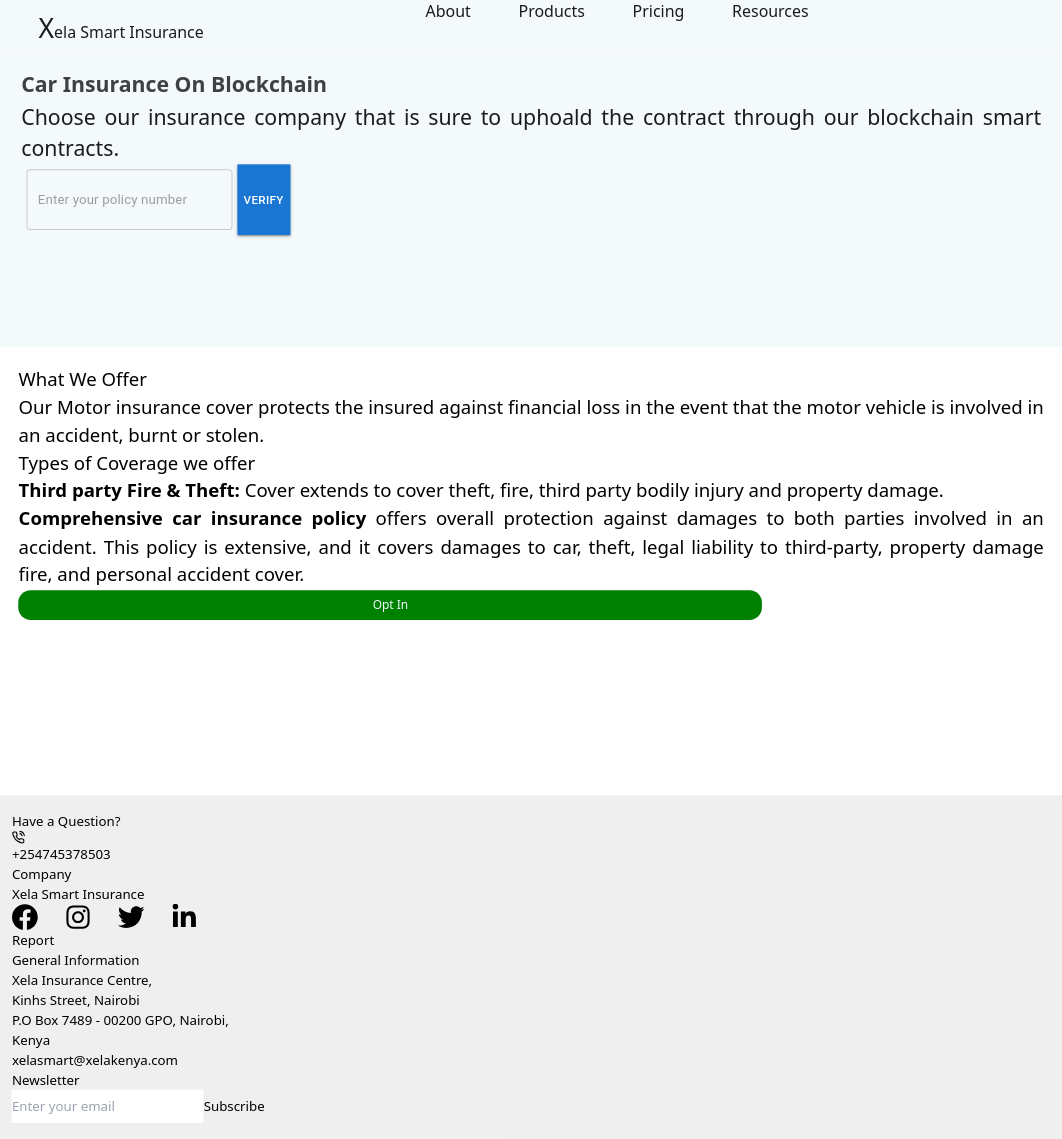
Repository: ALVIN-OBONYO/Xela-smart_insuarance
Page: / (app in frontend/)
An editor plug-in stored every save of this project. The page is shown before and after the next save, followed by the edit.
The browser window is 1280 px wide. The pictures show the whole page, at 83% of full size.
The project was rebuilt for these pictures with package versions that can differ from the ones it lists, and the page was loaded fresh each time. Also part of the build but not shown: frontend/src/Components/Cards.jsx, frontend/src/Pages/Policies.jsx, frontend/src/Components/Calendar.css, frontend/src/Components/Calendar.jsx, frontend/src/Components/Input.js, frontend/src/Components/Upload.css, frontend/src/Components/Upload.js, frontend/src/Pages/ReportForm.jsx and 3 more.

Above is the page before, as saved 2022-10-03 09:56:41.

After the next save:
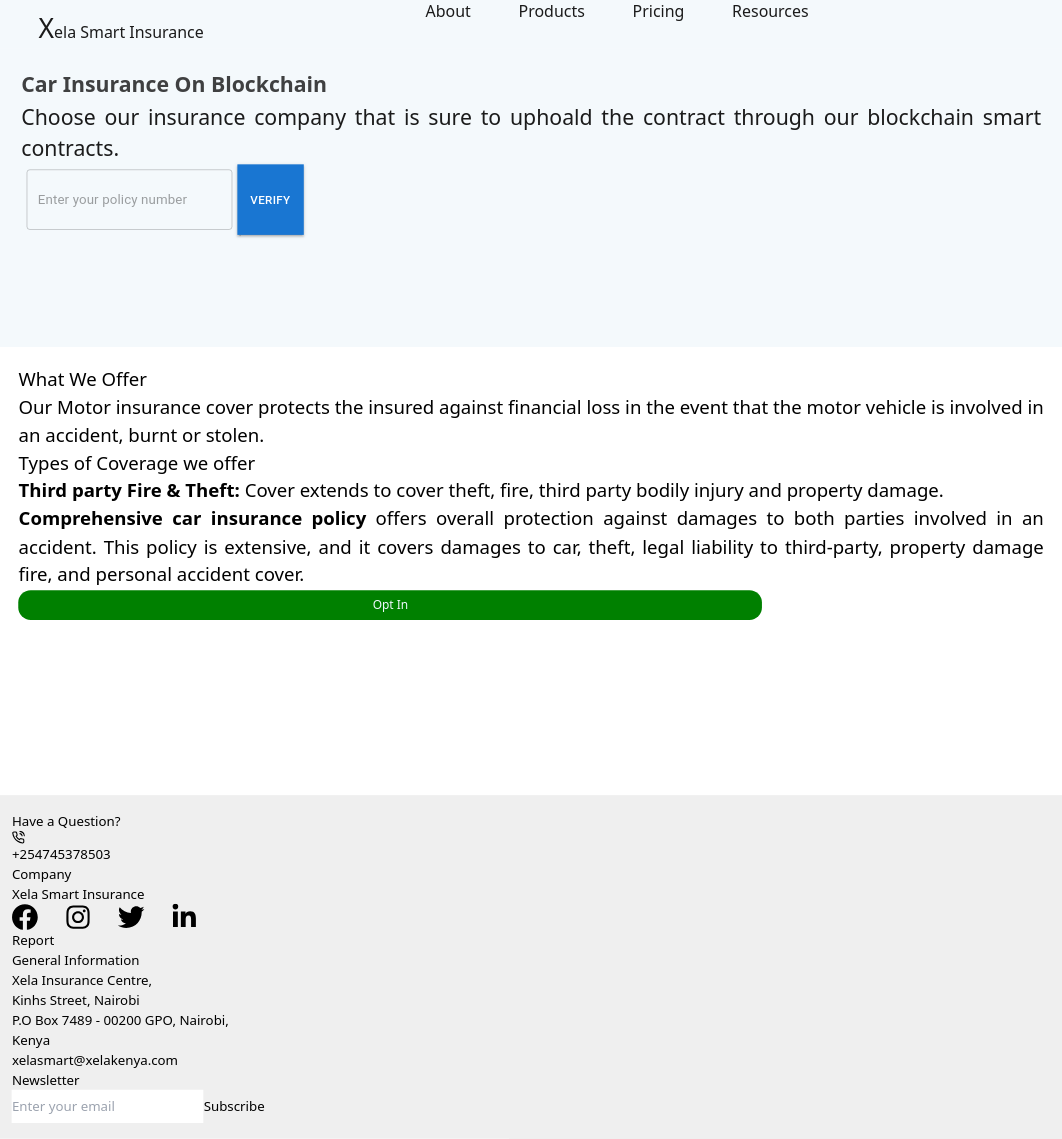
Saved 24 s later.
--- a/frontend/src/Pages/Entrypage.jsx
+++ b/frontend/src/Pages/Entrypage.jsx
@@ -88,8 +88,7 @@ const Entrypage = () => {
                 }}
                 />
                 <Button variant="contained" sx={{
-                    borderRadius: 0,
-                    padding: "6px"
+                    borderRadius: 0
                 }}>Verify</Button>
                     </FormGroup>
 

After the save that followed:
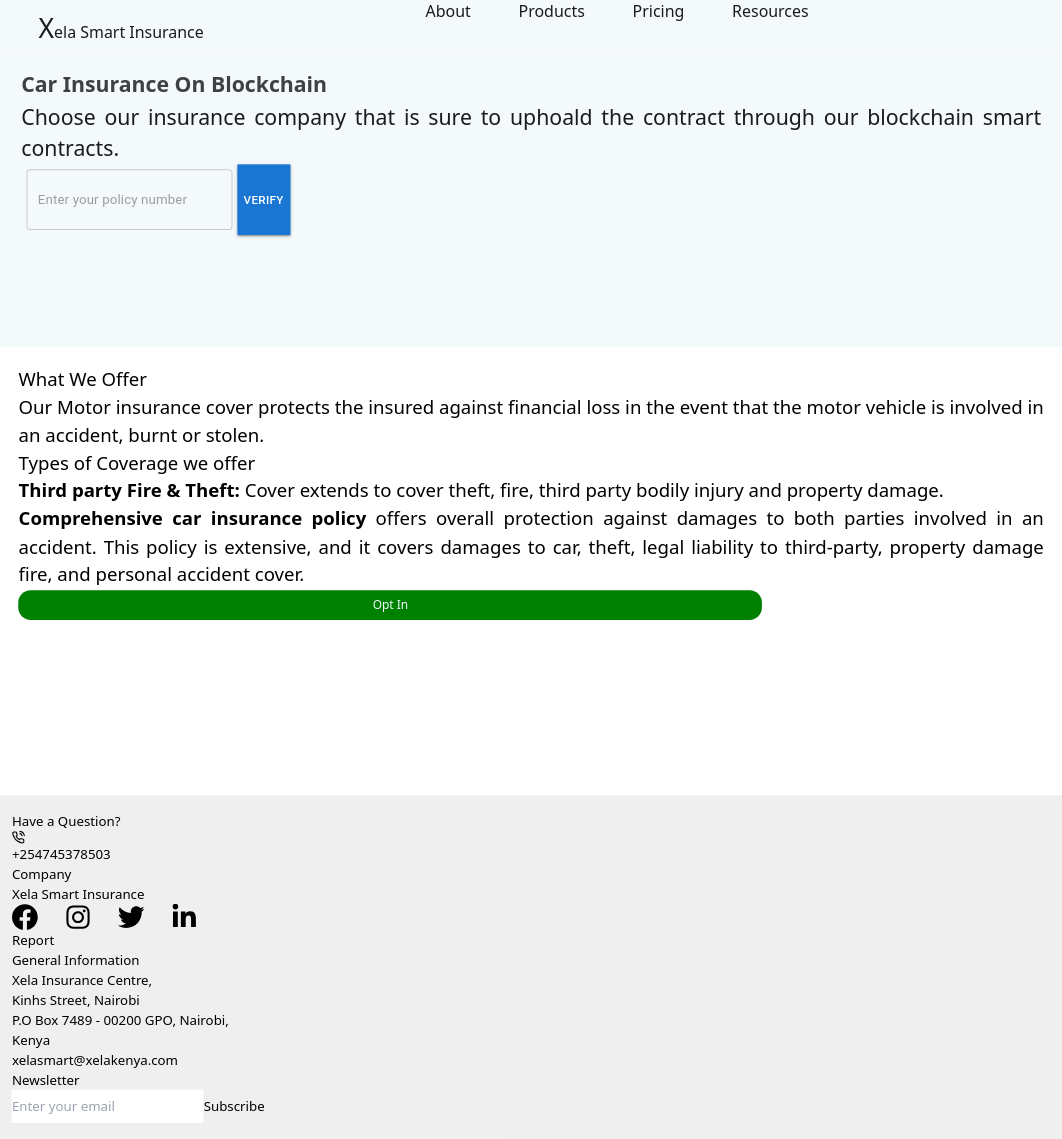
Saved 19 s later.
--- a/frontend/src/Pages/Entrypage.jsx
+++ b/frontend/src/Pages/Entrypage.jsx
@@ -88,7 +88,8 @@ const Entrypage = () => {
                 }}
                 />
                 <Button variant="contained" sx={{
-                    borderRadius: 0
+                    borderRadius: 0,
+                    padding: "6px"
                 }}>Verify</Button>
                     </FormGroup>
 
